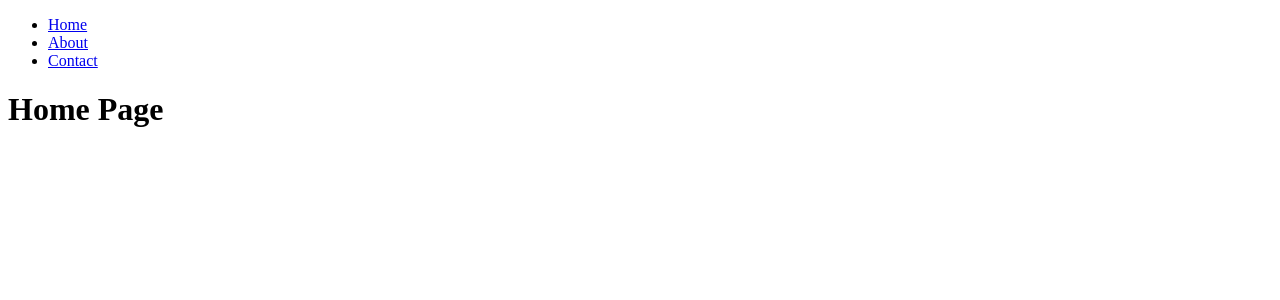
Repository: Rian1010/Flask
Page: http://localhost/
The author's editor kept a record of every edit. The page is drawn from the files as they stood at one moment, then again after the next edit.
The browser window is 1280 px wide. The pictures show the whole page.
The page is served by the project's application, run on Flask 3 (run.py).

Above is the page before.

### templates/index.html
<!DOCTYPE html>
<html lang="en">

<head>
    <meta charset="UTF-8">
    <meta name="viewport" content="width=device-width, initial-scale=1.0">
    <meta http-equiv="X-UA-Compatible" content="ie=edge">
    <title>Document</title>
</head>

<body>
    <nav>
        <ul>
        <li><a href="{{ url_for('index') }}">Home</a></li>
        <li><a href="{{ url_for('about') }}">About</a></li>
        <li><a href="{{ url_for('contact') }}">Contact</a></li>

    </nav>

    <h1>Home Page</h1>
</body>

</html>

### run.py
import os
from flask import Flask, render_template

app = Flask(__name__)


@app.route('/')
def index():
    return render_template("index.html")


@app.route('/about')
def about():
    return render_template("about.html")


@app.route('/contact')
def contact():
    return render_template("contact.html")


@app.route('/careers')
def careers():
    return render_template("careers.html")

if __name__ == '__main__':
    app.run(host=os.environ.get('IP'),
            port=int(os.environ.get('PORT')),
            debug=True)

After the next edit:
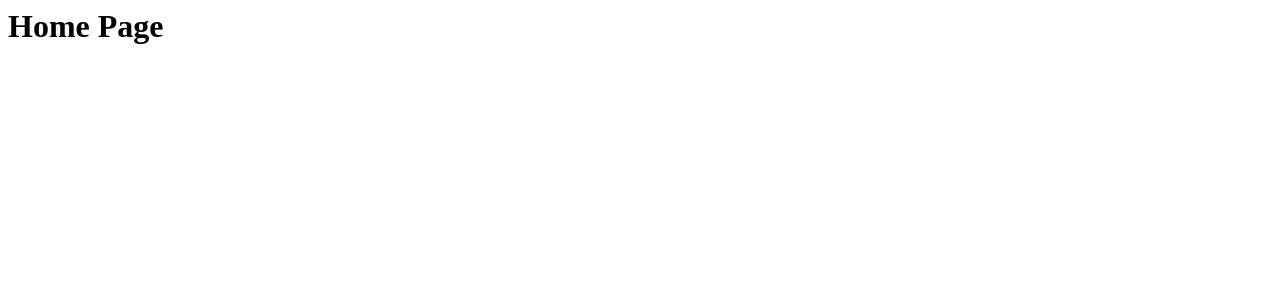
The edit:
--- a/templates/index.html
+++ b/templates/index.html
@@ -1,23 +1,2 @@
-<!DOCTYPE html>
-<html lang="en">
-
-<head>
-    <meta charset="UTF-8">
-    <meta name="viewport" content="width=device-width, initial-scale=1.0">
-    <meta http-equiv="X-UA-Compatible" content="ie=edge">
-    <title>Document</title>
-</head>
-
-<body>
-    <nav>
-        <ul>
-        <li><a href="{{ url_for('index') }}">Home</a></li>
-        <li><a href="{{ url_for('about') }}">About</a></li>
-        <li><a href="{{ url_for('contact') }}">Contact</a></li>
-
-    </nav>
 
     <h1>Home Page</h1>
-</body>
-
-</html>
